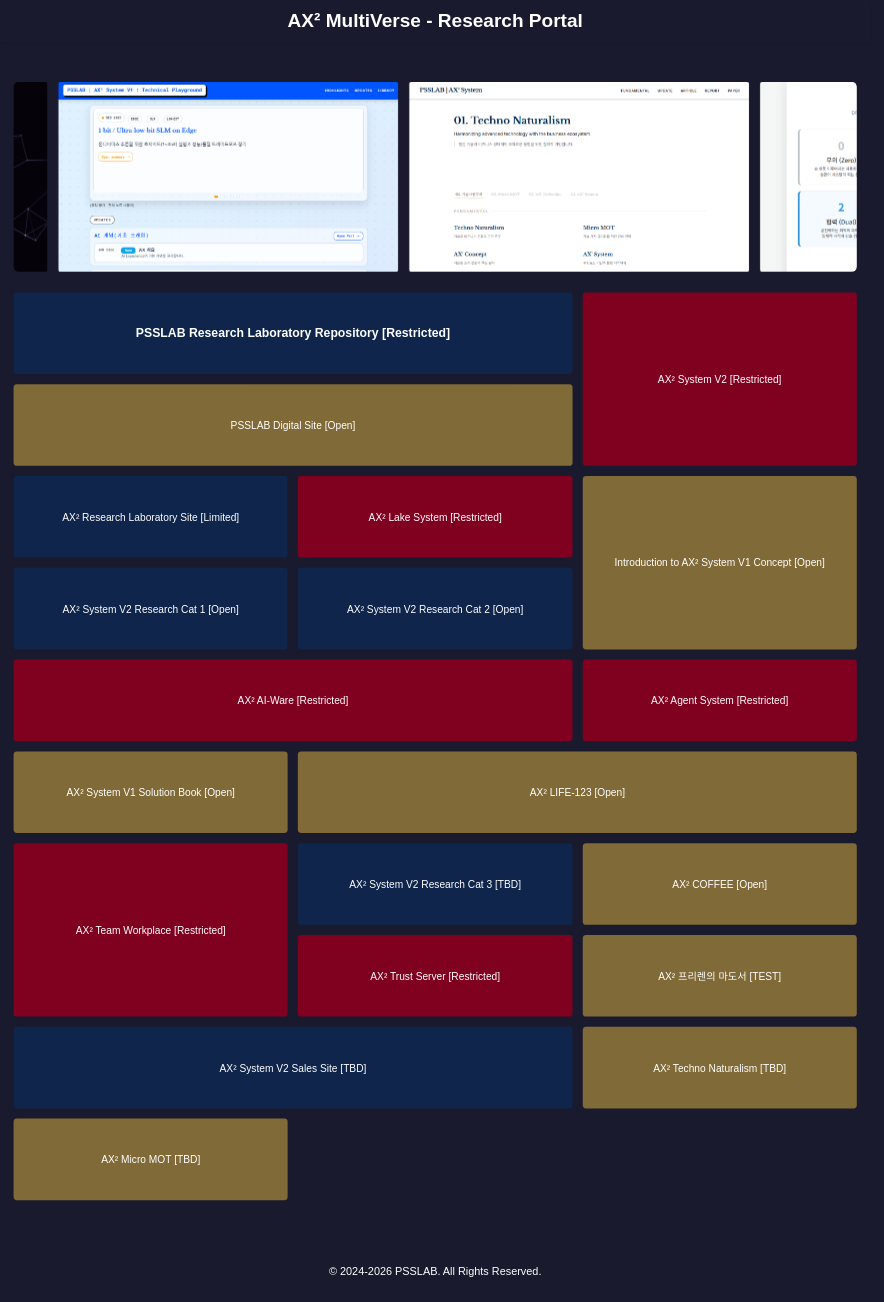
Repository: hycse89/PSSLAB_OpenSite
Page: psslab_multiverse_v3.html
An editor plug-in stored every save of this project. The page is shown before and after the next save, followed by the edit.
The browser window is 1280 px wide. The page is 1300 px wide, so the pictures cover 1300 px, including what lies to the right of the window. The pictures show the whole page, at 68% of full size.

Above is the page before, as saved 2026-01-11 20:03:26.

### psslab_multiverse_v3.html
<!DOCTYPE html>
<html lang="en">
<head>
    <meta charset="UTF-8">
    <meta name="viewport" content="width=device-width, initial-scale=1.0">
    <title>PSSLAB MultiVerse Campus - Mondrian Edition</title>
    <style>
        /* 기본 스타일 유지 */
        body {
            margin: 0;
            background-color: #1a1a2e;
            font-family: Arial, sans-serif;
            display: flex;
            flex-direction: column;
            align-items: center;
            min-height: 100vh;
            color: #ffffff;
        }

        .header {
            position: fixed;
            top: 0;
            left: 0;
            width: 100%;
            background-color: #1a1a2e;
            z-index: 1000;
            padding: 15px 0;
            box-shadow: 0 2px 4px rgba(0,0,0,0.1);
        }

        .header h1 {
            font-size: 28px;
            margin: 0;
            text-align: center;
        }

        .main-content {
            margin-top: 100px;
            width: 100%;
            max-width: 1400px;
            padding: 20px;
            box-sizing: border-box;
        }

        /* 슬라이더 스타일 (원본 유지) */
        .slider-container {
            width: 100%;
            overflow: hidden;
            margin-bottom: 30px;
            border-radius: 8px;
        }
        .slider-wrapper {
            display: flex;
            width: calc(500px * 13);
            animation: scroll 60s linear infinite;
        }
        .slider-image {
            width: 500px;
            height: 280px;
            padding: 0 8px;
        }
        .slider-image img {
            width: 100%;
            height: 100%;
            object-fit: cover;
            border-radius: 4px;
        }
        @keyframes scroll {
            0% { transform: translateX(0); }
            100% { transform: translateX(calc(-500px * 11)); }
        }

        /* --- 몬드리안 그리드 핵심 설정 --- */
        .link-container {
            display: grid;
            /* 최소 350px 너비를 확보하며 화면에 맞춰 자동으로 열 개수 조절 */
            grid-template-columns: repeat(auto-fill, minmax(350px, 1fr));
            grid-auto-rows: 120px; /* 기본 행 높이 */
            gap: 15px;
            width: 100%;
            grid-auto-flow: dense; /* 빈 공간을 자동으로 채우는 마법의 속성 */
        }

        .link-button {
            display: flex;
            align-items: center;
            justify-content: center;
            padding: 20px;
            font-size: 15px;
            color: white;
            text-decoration: none;
            border-radius: 5px;
            transition: all 0.3s ease;
            text-align: center;
            line-height: 1.4;
            box-sizing: border-box;
        }

        .link-button:hover {
            transform: scale(1.02);
            filter: brightness(1.2);
            z-index: 10;
        }

        /* 비중(Size) 클래스 */
        .size-lg { grid-column: span 2; grid-row: span 1; font-weight: bold; font-size: 18px; } /* 큰 사각형 */
        .size-wide { grid-column: span 2; grid-row: span 1; } /* 가로로 긴 형태 */
        .size-tall { grid-row: span 2; }   /* 세로로 긴 형태 */

        /* 색상 (기본 유지) */
        .color-1 { background-color: #0F254B; }
        .color-2 { background-color: #800020; }
        .color-3 { background-color: #806a37; }

        footer {
            width: 100%;
            padding: 20px;
            text-align: center;
            background-color: #1a1a2e;
            margin-top: 40px;
        }

        @media (max-width: 768px) {
            .link-container {
                grid-template-columns: 1fr; /* 모바일에서는 1열 */
                grid-auto-rows: auto;
            }
            .size-lg, .size-wide, .size-tall {
                grid-column: span 1;
                grid-row: span 1;
            }
        }
    </style>
</head>
<body>

    <header class="header">
        <h1>AX² MultiVerse - Research Portal</h1>
    </header>

    <main class="main-content">
        <div class="slider-container">
            <div class="slider-wrapper">
                <div class="slider-image"><img src="./images/Image2.png" alt="2"></div>
                <div class="slider-image"><img src="./images/Image21.png" alt="21"></div>
                <div class="slider-image"><img src="./images/Image22.png" alt="22"></div>
                <div class="slider-image"><img src="./images/Image31.png" alt="31"></div>
                <div class="slider-image"><img src="./images/Image11.png" alt="11"></div>
                <div class="slider-image"><img src="./images/Image3.png" alt="3"></div>
                <div class="slider-image"><img src="./images/Image4.png" alt="4"></div>
                <div class="slider-image"><img src="./images/Image5.png" alt="5"></div>
                <div class="slider-image"><img src="./images/Image1.png" alt="1"></div>
                <div class="slider-image"><img src="./images/Image2.png" alt="2"></div>
            </div>
        </div>

        <div class="link-container">
            <a href="https://github.com/hycse89" class="link-button color-1 size-lg">PSSLAB Research Laboratory Repository [Restricted]</a>

            <a href="http://localhost:8008" class="link-button color-2 size-tall">AX² System V2 [Restricted]</a>

            <a href="http://www.psslab.co.kr" class="link-button color-3 size-wide">PSSLAB Digital Site [Open]</a>

            <a href="https://hycse89.github.io/PSSLAB_OpenSite/ax2_research_lab/" class="link-button color-1">AX² Research Laboratory Site [Limited]</a>

            <a href="http://localhost:8004" class="link-button color-2">AX² Lake System [Restricted]</a>

            <a href="ax2_v1_concept/ax2_homepage.html" class="link-button color-3 size-tall">Introduction to AX² System V1 Concept [Open]</a>

            <a href="ax2_v1_20260101/index.html" class="link-button color-1">AX² System V2 Research Cat 1 [Open]</a>

            <a href="http://localhost:8002" class="link-button color-2 size-wide">AX² AI-Ware [Restricted]</a>

            <a href="ax2_v2_20260101/index.html" class="link-button color-1">AX² System V2 Research Cat 2 [Open]</a>

            <a href="http://localhost:8003" class="link-button color-2">AX² Agent System [Restricted]</a>

            <a href="ax2_v1_concept/solution_book/index.html" class="link-button color-3">AX² System V1 Solution Book [Open]</a>

            <a href="http://localhost:8001/ax_site/ax2_life_123/index.html" class="link-button color-3 size-wide">AX² LIFE-123 [Open]</a>

            <a href="http://localhost:8007" class="link-button color-2 size-tall">AX² Team Workplace [Restricted]</a>

            <a href="ax2_v3_20260101/index.html" class="link-button color-1">AX² System V2 Research Cat 3 [TBD]</a>

            <a href="http://localhost:8001/ax_site/ax2_coffee/index.html" class="link-button color-3">AX² COFFEE [Open]</a>

            <a href="http://localhost:8005" class="link-button color-2">AX² Trust Server [Restricted]</a>

            <a href="http://localhost:8001/ax_site/ax2_frieren/index.html" class="link-button color-3">AX² 프리렌의 마도서 [TEST]</a>

            <a href="ax2_sales/index.html" class="link-button color-1 size-wide">AX² System V2 Sales Site [TBD]</a>

            <a href="http://localhost:8001/utils/markdown_viewer.html?file=/ax_research/doc/doc_ax_techno_naturalism_v5.md" class="link-button color-3">AX² Techno Naturalism [TBD]</a>

            <a href="http://localhost:8001/utils/markdown_viewer.html?file=/ax_research/doc/doc_ax_micro_mot_v2.md" class="link-button color-3">AX² Micro MOT [TBD]</a>
        </div>
    </main>

    <footer>
        <p>&copy; 2024-2026 PSSLAB. All Rights Reserved.</p>
    </footer>

</body>
</html>

After the next save:
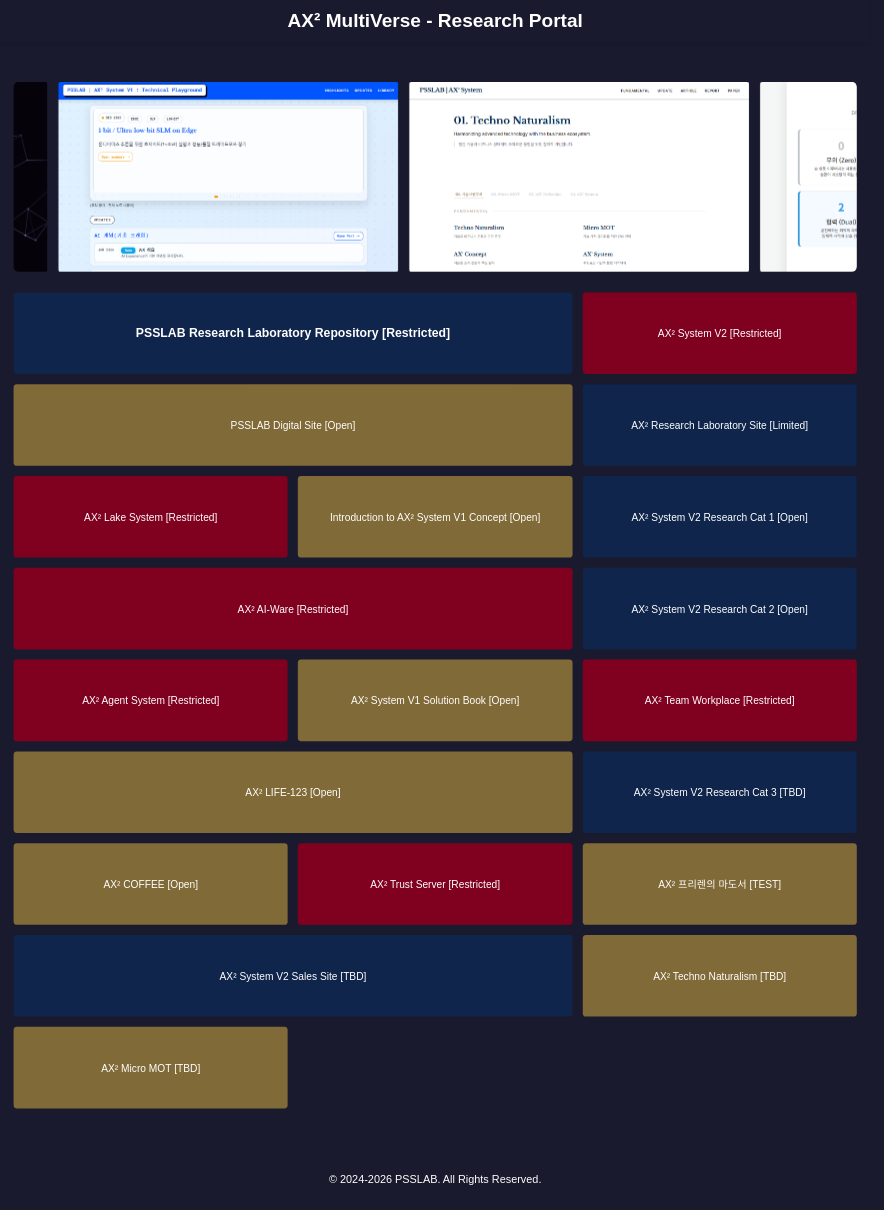
Saved 4 s later.
--- a/psslab_multiverse_v3.html
+++ b/psslab_multiverse_v3.html
@@ -105,7 +105,7 @@
         /* 비중(Size) 클래스 */
         .size-lg { grid-column: span 2; grid-row: span 1; font-weight: bold; font-size: 18px; } /* 큰 사각형 */
         .size-wide { grid-column: span 2; grid-row: span 1; } /* 가로로 긴 형태 */
-        .size-tall { grid-row: span 2; }   /* 세로로 긴 형태 */
+        .size-tall { grid-row: span 2; grid-row: span 1; }   /* 세로로 긴 형태 */
 
         /* 색상 (기본 유지) */
         .color-1 { background-color: #0F254B; }
